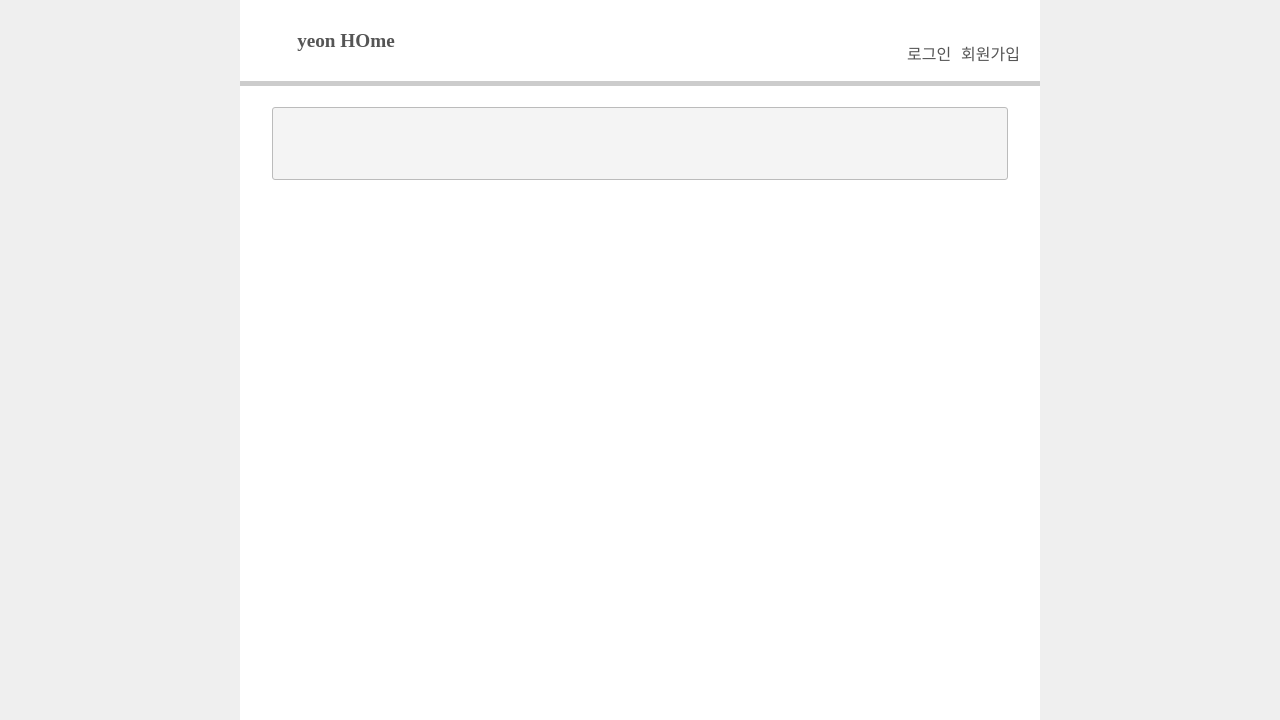
Repository: yeonhwa323/webPro
Page: webPro/src/main/webapp/javascript/days08/ex04_03.html
An editor plug-in stored every save of this project. The page is shown before and after the next save, followed by the edit.
The browser window is 1280 px wide. The pictures show the whole page.
Some web fonts or font styles are not loaded; a fallback is used.

Above is the page before, as saved 2024-04-16 02:11:28.

### webPro/src/main/webapp/javascript/days08/ex04_03.html
<!DOCTYPE html>
<html>
<head>
<meta charset="UTF-8">
<meta name="viewport" content="width=device-width, initial-scale=1.0">
<title>Insert title here</title>
<link rel="shortcut icon" type="image/x-icon" href="http://localhost/webPro/images/SiSt.ico">
<script src="https://ajax.googleapis.com/ajax/libs/jquery/3.7.1/jquery.min.js"></script>
<link rel="stylesheet" href="http://localhost/webPro/resources/cdn-main/example.css">
<script src="http://localhost/webPro/resources/cdn-main/example.js"></script>
<style>
 span.material-symbols-outlined{
   vertical-align: text-bottom;
 }
</style>
</head>
<body>
<header>
  <h1 class="main"><a href="#" style="position: absolute;top:30px;">yeon HOme</a></h1>
  <ul>
    <li><a href="#">로그인</a></li>
    <li><a href="#">회원가입</a></li>
  </ul>
</header>
<div>
  <xmp class="code">

  </xmp>
</div>
</body>
</html>

### webPro/src/main/webapp/resources/cdn-main/example.css
@charset "UTF-8";

@import url('https://fonts.googleapis.com/css2?family=Material+Symbols+Outlined:opsz,wght,FILL,GRAD@20..48,100..700,0..1,-50..200');

@font-face {
    font-family: 'GmarketSansMedium';
    src: url('https://cdn.jsdelivr.net/gh/projectnoonnu/noonfonts_2001@1.1/GmarketSansMedium.woff') format('woff');
    font-weight: normal;
    font-style: normal;
}

:root {
	--text-color: #555;
	--sub-text-color: #777;
	--back-color: #EFEFEF;
	--header-color: #444;
	--primary-color: #DEDEDE;
	--secondary-color: #EFEFEF;
	--default-width: 800px;
	--narrow-width: 500px;
	--wide-width: 1200px;
	--text-font: 'GmarketSansMedium';
	--icon-font: 'Material Symbols Outlined';
	--border-color: #CCC;
}

html, body {
	margin: 0;
	padding: 0;
}

html {
	background-color: var(--back-color);
	display: flex;
	justify-content: center;
	min-height: 100vh;
}

body, body.default {
	width: var(--default-width);
	background-color: white;
	padding-bottom: 120px;
}

body.wide {
	width: var(--wide-width);
}

body.narrow {
	width: var(--narrow-width);
}



body, p, div, span, a, input, select, option, textarea, button, table, th, td, label, fieldset, legend {
	font-family: var(--text-font);
	color: var(--text-color);
}

h1, h2, h3 {
	font-family: var(--text-font);
	color: var(--header-color);
	padding: 0 1rem;
	padding-top: .5rem;
}

div > h1, div > h2, div > h3 {
	padding: 0;
}

body > div, body > main > div {
	padding: 0.3rem 1rem;
}


h1 { font-size: 2rem; border-bottom: 1px solid var(--border-color); }
h1 small { font-size: 1.2rem; color: var(--sub-text-color); }
h2 { font-size: 1.5rem; border-bottom: 1px dashed var(--border-color); }
h2 small { font-size: 1.1rem; color: --sub-text-color; }
h3 { font-size: 1.2rem; }
h3 small { font-size: 1rem; color: --sub-text-color; }



h1.main::before {
	font-family: var(--icon-font);
  	content: '\e666';
  	margin-right: 10px;
  	float: left;
	font-size: 2.5rem;
}

h1.sub::before {
	font-family: var(--icon-font);
  	content: '\ea19';
  	margin-right: 10px;
  	float: left;
	font-size: 2.5rem;
}


h1.page::before {
	font-family: var(--icon-font);
  	content: '\e0e0';
  	margin-right: 10px;
  	float: left;
	font-size: 2.5rem;
}

body > header > ul > li > .active{
	background-color: #FFF;
	color:#F00;
}

body > header {
	display: flex;
	justify-content: space-between;
	border-bottom: 5px solid var(--border-color);
	min-height: 74px;
	background-color: #FFF;
}

body > header.sticky {
	position: sticky;
	top: 0;
	z-index: 98;
}

body > header > h1 {
	font-size: 1.2rem;
	border: 0;
}

body > header.in > h1::before {
	font-family: var(--icon-font);
  	content: '\e332‥';
  	margin-right: 3px;
  	float: left;
	font-size: 2rem;
}


body > header > ul {
	list-style-type: none;
	display: flex;
	align-items: flex-end;
	margin-right: 10px;
}

body > header > ul > li {
	margin-right: 10px;
	cursor: pointer;
}

body > header > ul > li > a {
	cursor: pointer;
}


form {
	display: block;
}

form > div {
	padding: 0.3rem 1rem;
}

div > form > div {
	padding: 0.3rem 0;
}

input, textarea, button, select {
	border: 1px solid #BBB;
	border-radius: 3px;
	outline: none;
	resize: none;
	padding: 7px;
	margin: 0;
}

input[type=text]:read-only, textarea:read-only {
	cursor: not-allowed;
	background-color: #FFF;
}

input[type=text]:disabled, textarea:disabled {
	cursor: not-allowed;
	background-color: #EEE;
}

input[type=text], input[type=password], textarea, button, select {
	/* width: 300px; */
}

textarea {
	display: block;
	height: 100px;
}

input[type=button], input[type=submit], button {
	/* width: inherit; */
}

input.short, textarea.short, button.short, select.short {
	width: 100px;
}

input.long, textarea.long, button.long, select.long {
	width: 350px;
}

.narrow input.long, .narrow textarea.long, .narrow button.long, .narrow select.long {
	width: calc(100% - 20px);
}

input.full, textarea.full, button.full, select.full {
	width: calc(100% - 20px);
}

textarea.short {
	height: 50px;
}

textarea.long {
	height: 100px;
}

textarea.full {
	height: 200px;
}

input, textarea {
	padding-top: 8px;
}

input[type=button], input[type=submit], button {
	padding: 5px 10px;
	background-color: var(--secondary-color);
	cursor: pointer;
	min-height: 36px;
}

input[type=button].primary, input[type=submit].primary, button.primary {
	/* background-color: rgba(100, 149, 237, .2); */
	background-color: var(--primary-color);
}

input[type=button].primary:hover, input[type=submit].primary:hover, button.primary:hover {
	/* background-color: rgba(100, 149, 237, .3); */
	background-color: var(--secondary-color);
}

input[type=button]:hover, input[type=submit]:hover, button:hover {
	background-color: var(--primary-color);
}

button {
	position: relative;
	left: 0;
	top: 0;
	padding-left: 35px;
}

button .material-symbols-outlined {
	position: absolute;
	left: 10px;
	top: 4px;
}

/* k2nik add */
button.login::before {
	font-family: var(--icon-font);
  	content: '\ea77';
	position: absolute;
	left: 11px;
	top: 4px;
	font-size: 1.25rem;
}

/* k2nik logout */
button.logout::before {
	font-family: var(--icon-font);
  	content: '\e9ba';
	position: absolute;
	left: 11px;
	top: 4px;
	font-size: 1.25rem;
}

/* k2nik help */
button.help::before {
	font-family: var(--icon-font);
  	content: '\f1c0';
	position: absolute;
	left: 11px;
	top: 4px;
	font-size: 1.25rem;
}

button.add::before{
	font-family: var(--icon-font);
  	content: '\e746';
	position: absolute;
	left: 11px;
	top: 4px;
	font-size: 1.25rem;
}

button.back::before {
	font-family: var(--icon-font);
  	content: '\e166';
	position: absolute;
	left: 11px;
	top: 4px;
	font-size: 1.25rem;
}

button.list::before {
	font-family: var(--icon-font);
  	content: '\e0ee';
	position: absolute;
	left: 11px;
	top: 4px;
	font-size: 1.25rem;
}


button.del::before {
	font-family: var(--icon-font);
  	content: '\e872';
	position: absolute;
	left: 11px;
	top: 4px;
	font-size: 1.25rem;
}


button.edit::before {
	font-family: var(--icon-font);
  	content: '\e745';
	position: absolute;
	left: 11px;
	top: 4px;
	font-size: 1.25rem;
}


button.login::before {
	font-family: var(--icon-font);
  	content: '\ea77';
	position: absolute;
	left: 11px;
	top: 4px;
	font-size: 1.25rem;
}


button.logout::before {
	font-family: var(--icon-font);
  	content: '\e9ba';
	position: absolute;
	left: 11px;
	top: 4px;
	font-size: 1.25rem;
}


button.in::before {
	font-family: var(--icon-font);
  	content: '\f71a';
	position: absolute;
	left: 11px;
	top: 4px;
	font-size: 1.25rem;
}


button.out::before {
	font-family: var(--icon-font);
  	content: '\f70e';
	position: absolute;
	left: 11px;
	top: 4px;
	font-size: 1.25rem;
}


button.reply::before {
	font-family: var(--icon-font);
  	content: '\e15e';
	position: absolute;
	left: 11px;
	top: 4px;
	font-size: 1.25rem;
}


button.comment::before {
	font-family: var(--icon-font);
  	content: '\e0b9';
	position: absolute;
	left: 11px;
	top: 4px;
	font-size: 1.25rem;
}


button.modal::before {
	font-family: var(--icon-font);
  	content: '\e89e';
	position: absolute;
	left: 11px;
	top: 4px;
	font-size: 1.25rem;
}


button.ok::before {
	font-family: var(--icon-font);
  	content: '\e86c';
	position: absolute;
	left: 11px;
	top: 4px;
	font-size: 1.25rem;
}


button.cancel::before {
	font-family: var(--icon-font);
  	content: '\e5c9';
	position: absolute;
	left: 11px;
	top: 4px;
	font-size: 1.25rem;
}

button.search::before {
	font-family: var(--icon-font);
  	content: '\e8b6';
	position: absolute;
	left: 11px;
	top: 4px;
	font-size: 1.25rem;
}

button.home::before {
	font-family: var(--icon-font);
  	content: '\e88a';
	position: absolute;
	left: 11px;
	top: 4px;
	font-size: 1.25rem;
}


button.sidebar::before {
	font-family: var(--icon-font);
  	content: '\f7e4';
	position: absolute;
	left: 11px;
	top: 4px;
	font-size: 1.25rem;
}


button.sidebar-right::before {
	font-family: var(--icon-font);
  	content: '\f7e5';
	position: absolute;
	left: 11px;
	top: 4px;
	font-size: 1.25rem;
}




button::before {
	font-family: var(--icon-font);
  	content: '\e323';
	position: absolute;
	left: 11px;
	top: 4px;
	font-size: 1.25rem;
}


table {
	border-collapse: collapse;
	margin: 1rem;
	box-sizing: border-box;
	width: calc(100% - 32px);
}

table.content {
	width: auto;
}

div > table {
	margin: 0;
}

table th, table td {
	border: 1px solid var(--border-color);
	padding: 7px;
	font-weight: normal;
}

table th {
	background-color: var(--back-color);
}

table.vertical th {
	width: 150px;
}

table.vertical td {
	width: calc(100% - 182px);
	padding-left: 10px;
}

table.content td, table.content th {
	width: auto;
}

body.narrow table.vertical th {
	width: 100px;
}

body.narrow table.vertical td {
	width: calc(100% - 182px);
}


table + table {
	margin-top: 30px;
}


p {
	padding: 0 1rem;
}

a {
	text-decoration: none;
}

a:hover {
	color: rgba(255, 99, 71, .7);
}

hr {
	border: 0;
	border-top: 1px solid var(--border-color);
	margin: 2rem 0;
}

.message {
	border: 1px solid var(--border-color);
	background-color: #EFEFEF;
	margin: 1rem;
	width: auto;
	padding-top: 10px;
	padding-bottom: 10px;
	font-size: 14px;
}

.message[title]::before {
	content: attr(title);
	display: block;
	border-bottom: 1px solid var(--border-color);
	padding-bottom: 5px;
	margin-bottom: 10px;
	margin-top: 7px;
}

.message.short {
	max-width: 250px;
}

.message.long {
	max-width: 500px;
}

.badge {
	float: right;
	font-size: .8rem;
	margin-top: 2px;
	margin-right: 2px;
	text-shadow: 0 0 7px gray;
}

.badge.left {
	float: none;
	margin-left: 2px;
}

.badge.right {
	float: right;
}

.badge.red {
	border-radius: 50%;
	padding: 2px 5px;
	background-color: rgb(255, 99, 71, .3);
}

.badge.yellow {

	border-radius: 50%;
	padding: 2px 5px;
	background-color: rgb(255, 215, 0, .5);
}

.badge.blue {
	border-radius: 50%;
	padding: 2px 5px;
	background-color: rgb(100, 149, 237, .3);
}

label + label {
	margin-left: 7px;
}

label input[type=checkbox], label input[type=radio] {
	transform: translate(0, 1px);
}

.group {
	display: flex;
}

.modal-content .group {
	margin-bottom: .5rem;
}

.group label {
	border: 1px solid #BBB;
	border-radius: 3px;
	outline: none;
	resize: none;
	padding: 7px 14px;
	margin: 0;
	border-top-right-radius: 0;
	border-bottom-right-radius: 0;
	background-color: #EFEFEF;
	white-space: nowrap;
	font-size: 14px;
}

.group input[type=text] {
	margin-left: -1px;
	border-top-left-radius: 0;
	border-bottom-left-radius: 0;
}

.group select {
	margin-left: -1px;
	border-top-left-radius: 0;
	border-bottom-left-radius: 0;
}

.group input.full[type=text] {
	margin-left: -1px;
	border-top-left-radius: 0;
	border-bottom-left-radius: 0;
	width: 100%;
}

.group input[type=button]:first-child, .group button:first-child {
	border-top-left-radius: 3px;
	border-bottom-left-radius: 3px;
	margin-left: 0px;
}

.group input[type=button], .group button {
	border-radius: 0;
	margin-left: -1px;
}

.group input[type=button]:last-child, .group button:last-child {
	margin-left: -1px;
	border-top-right-radius: 3px;
	border-bottom-right-radius: 3px;
}

.seperate {
	display: flex;
	justify-content: space-between;
}

div.list {
	width: max-content;
	margin: 1rem;
	border: 1px solid #BBB;
	border-radius: 3px;
	padding: 0;
}

div.list.full {
	width: auto;
	display: block;
	margin: 1rem;
	border: 1px solid #BBB;
	border-radius: 3px;
	padding: 0;
}

div.list > div {
	padding: .5rem 1rem;
	margin: 0;
	border-bottom: 1px solid #BBB;
}

div.list > div:last-child {
	border-bottom: 0;
}

pre.code , xmp.code{
	font-family: consols;
	background-color: rgba(150, 150, 150, .1);
	border: 1px solid #BBB;
	border-radius: 3px;
	padding: .5rem 1rem;
	padding-bottom: .6rem;
	margin: 1rem;
}




*[data-modal-window] {
	position: fixed;
	background-color: rgba(0, 0, 0, .3);
	left: 0;
	top: 0;
	display: none;
	justify-content: center;
	align-items: flex-start;
	width: 100%;
	min-height: 100vh;
	z-index: 100;
	opacity: 0;
	transition: 500ms all;
}

*[data-modal-window] .modal-container {
	border-radius: 5px;
	padding: 1rem;
	padding-bottom: .5rem;
	margin-top: -500px;
	opacity: 0;
	width: 500px;
	background-color: #FFF;
	margin-right: 2rem;
	transition: 500ms all;
}

*[data-modal-size=content] .modal-container {
	width: auto;
}

*[data-modal-size=narrow] .modal-container {
	width: 300px;
}

*[data-modal-size=wide] .modal-container {
	width: 760px;
}


*[data-modal-window] .modal-header {
	border-bottom: 1px solid var(--border-color);
	padding: 2px 5px;
}

*[data-modal-window] .modal-content {
	padding: 1rem 5px;
}

*[data-modal-window] .modal-content div:last-child {
	margin-top: 1rem;
	text-align: right;
}



*[data-sidebar-window] {
	position: fixed;
	background-color: #FFF;
	left: 0;
	top: 0;
	display: block;
	width: 300px;
	border-right: 1px solid var(--border-color);
	box-sizing: border-box;
	box-shadow: 0 0 3px var(--back-color);
	min-height: 100vh;
	z-index: 99;
	transform: translate(-300px, 0);
	transition-duration: 500ms;
	transition-property: transform;
}

*[data-sidebar-direction=right] {
	left: auto;
	right: 0;
	transform: translate(300px, 0);
	border-left: 1px solid var(--border-color);
}

*[data-sidebar-size=wide] {
	width: 500px;
	transform: translate(-500px, 0);
}

*[data-sidebar-window] .sidebar-title {
	border-bottom: 1px solid var(--border-color);
	margin-top: 20px;
	margin-bottom: 20px;
	padding-bottom: 5px;
	display: flex;
	justify-content: space-between;
}

*[data-sidebar-window] .sidebar-title span:last-child {
	cursor: pointer;
}


/* K2Nik pagination */
.center {
  text-align: center;
}

.pagination {
  display: inline-block;
}

.pagination a {
  color: black;
  float: left;
  padding: 3px 6px;
  text-decoration: none;
  transition: background-color .3s;
  border: 1px solid #ddd;
  margin: 0 3px;
}

.pagination a.active {
  background-color: #4CAF50;
  color: white;
  border: 1px solid #4CAF50;
}

.pagination a:hover:not(.active) {background-color: #ddd;}

### webPro/src/main/webapp/resources/cdn-main/example.js

window.onload = () => {

    const list = document.querySelectorAll('input, textarea');

    list.forEach(item => {
        item.setAttribute('autocomplete', 'off');
    });


    const modal_btn_list = document.querySelectorAll('*[data-modal-button]');

    modal_btn_list.forEach(item => {
        item.onclick = function() {

            const name = this.dataset['modalButton'];
            const modal_window = document.querySelector('*[data-modal-window=' + name);

            const container = document.createElement('div');
            container.className = 'modal-container';



            const modal_header = document.createElement('div');
            modal_header.textContent = modal_window.dataset['modalTitle'];
            modal_header.className = 'modal-header';
            container.appendChild(modal_header);

            const modal_content = document.createElement('div');
            modal_content.className = 'modal-content';
            container.appendChild(modal_content);

            Array.from(modal_window.childNodes).forEach(item => {
                modal_content.appendChild(item);
            });

            modal_window.appendChild(container);

            modal_window.style.display = 'flex';

            setTimeout(() => {
                modal_window.style.opacity = 1;
                container.style.marginTop = '20px';
                container.style.opacity = 1;
            }, 50);


            const modal_ok = document.querySelector('*[data-modal-ok=' + name);
            modal_ok.addEventListener('click', function() {
                modal_window.style.opacity = 0;
                container.style.marginTop = '-500px';
                container.style.opacity = 0;

                setTimeout(() => {
                    modal_window.innerHTML = modal_content.innerHTML;
                    modal_window.style.display = 'none';
                }, 500);

            });

            const modal_cancel = document.querySelector('*[data-modal-cancel=' + name);
            modal_cancel.addEventListener('click', function() {

                modal_window.style.opacity = 0;
                container.style.marginTop = '-500px';
                container.style.opacity = 0;

                setTimeout(() => {
                    modal_window.innerHTML = modal_content.innerHTML;
                    modal_window.style.display = 'none';
                }, 500);
            });


        };
    });


    const sidebar_btn_list = document.querySelectorAll('*[data-sidebar-button]');

    sidebar_btn_list.forEach(item => {
        item.onclick = function() {



            const name = this.dataset['sidebarButton'];
            const sidebar_window = document.querySelector('*[data-sidebar-window=' + name);

            if (sidebar_window.style.transform == 'translate(0px, 0px)') return;



            sidebar_window.style.transform = 'translate(0, 0)';

            const sidebar_title = document.createElement('div');
            sidebar_title.className = 'sidebar-title';
            sidebar_title.innerHTML = '<span>' + sidebar_window.dataset['sidebarTitle'] + '</span><span class="material-symbols-outlined">close</span>';

            sidebar_title.children[1].onclick = function() {

                let sign = 1;
                let distance = 300;

                if (sidebar_window.dataset['sidebarDirection'] != 'right') {
                    sign = -1;
                } else {
                    sign = 1;
                }

                if (sidebar_window.dataset['sidebarSize'] != 'wide') {
                    distance = 300;
                } else {
                    distance = 500;
                }

                distance *= sign;

                sidebar_window.style.transform = 'translate(' + distance + 'px, 0)';

                setTimeout(function() {
                    sidebar_window.removeChild(sidebar_window.children[0]);
                }, 500);
            };


            sidebar_window.prepend(sidebar_title);

        }
    });

};

// window.onkeydown = function(event) {

//     if (event.keyCode == 27) {
//         if (document.querySelector('[data-modal-window').style.display == 'flex') {
//             document.querySelector('[data-modal-window').style.display = 'none';
//         }
//     }

// };

After the next save:
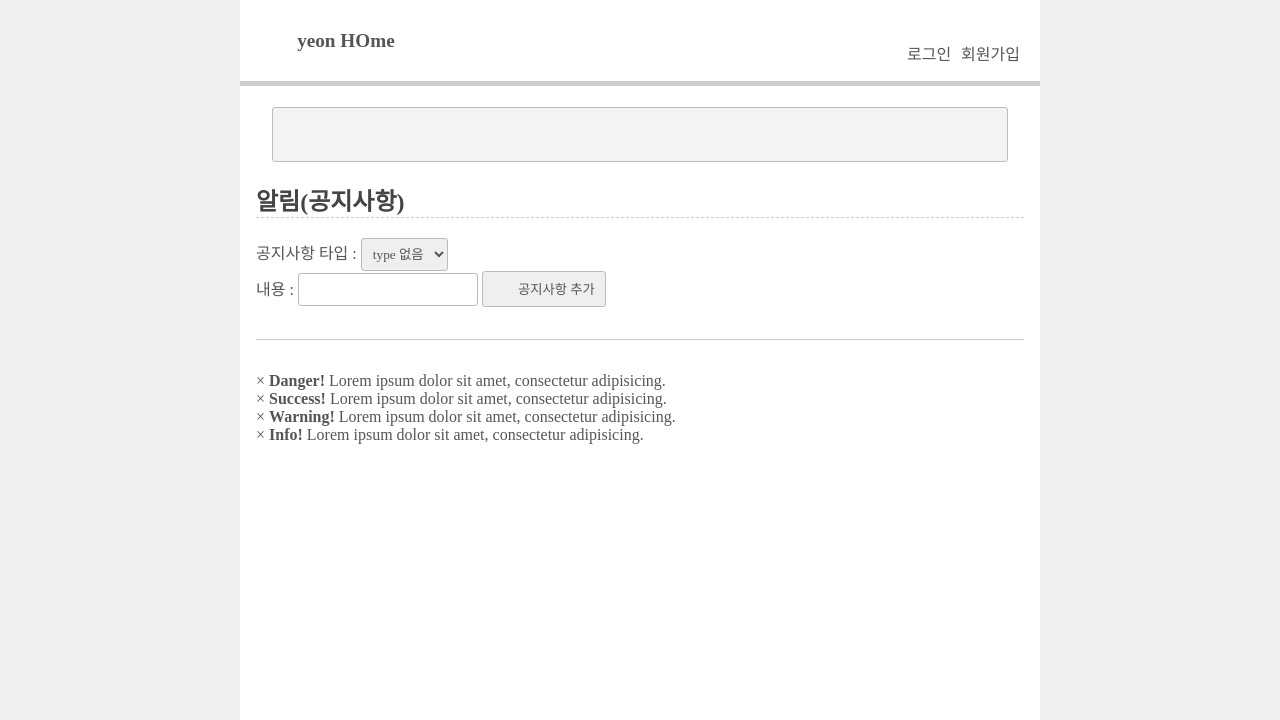
Saved 32 s later.
--- a/webPro/src/main/webapp/javascript/days08/ex04_03.html
+++ b/webPro/src/main/webapp/javascript/days08/ex04_03.html
@@ -24,8 +24,43 @@
 </header>
 <div>
   <xmp class="code">
+  </xmp>
 
-  </xmp>
+  <h2>알림(공지사항)</h2>
+   공지사항 타입 :
+   <select name="type" id="type">
+      <option>type 없음</option>
+      <option>success</option>
+      <option>warning</option>
+      <option>info</option>
+   </select>
+   <br>
+   내용  : <input type="text" />
+   <button>공지사항 추가</button>
+   <br>
+
+   <hr>
+   <div class="alert">
+     <span class="closebtn">&times;</span>
+     <strong>Danger!</strong>
+     Lorem ipsum dolor sit amet, consectetur adipisicing.
+   </div>
+   <div class="alert success">
+     <span class="closebtn">&times;</span>
+     <strong>Success!</strong>
+     Lorem ipsum dolor sit amet, consectetur adipisicing.
+   </div>
+   <div class="alert warning">
+     <span class="closebtn">&times;</span>
+     <strong>Warning!</strong>
+     Lorem ipsum dolor sit amet, consectetur adipisicing.
+   </div>
+   <div class="alert info">
+     <span class="closebtn">&times;</span>
+     <strong>Info!</strong>
+     Lorem ipsum dolor sit amet, consectetur adipisicing.
+   </div>
+
 </div>
 </body>
 </html>
